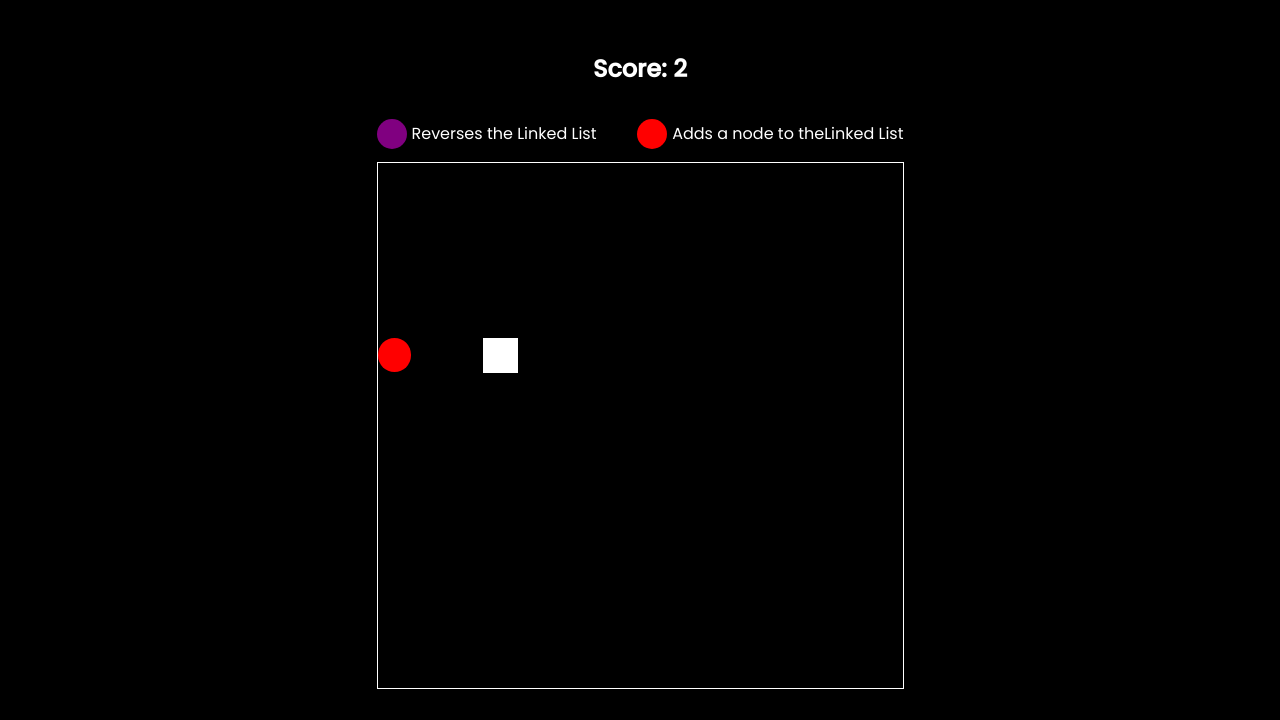
Repository: rehans-Life/linkedlist-snake-game
Page: /
An editor plug-in stored every save of this project. The page is shown before and after the next save, followed by the edit.
The browser window is 1280 px wide. The pictures show the whole page.
The project was rebuilt for these pictures with package versions that can differ from the ones it lists, and the page was loaded fresh each time. The framework's server and built-in components were replaced by stand-ins that run in the browser. Also part of the build but not shown: next.config.js.

Above is the page before, as saved 2023-04-16 02:44:27.

### pages/index.js
import Head from "next/head";
import styles from "../styles/Home.module.css";
import Board from "../components/Board";

export default function Home() {
  return (
    <div className={styles.container}>
      <Head>
        <title>Linked List Snake Game</title>
        <meta name="description" content="linked list snake game" />
        <link rel="icon" href="/favicon.ico" />
      </Head>
      <Board />
    </div>
  );
}

### styles/globals.css
@import url("https://fonts.googleapis.com/css2?family=Poppins:wght@100;200;300;400;500&display=swap");

html,
body {
  padding: 0;
  margin: 0;
}

a {
  color: inherit;
  text-decoration: none;
}

* {
  box-sizing: border-box;
  font-family: Poppins;
}

button {
  margin: 0;
  padding: 0;
}

### styles/Home.module.css
.container {
  background-color: rgb(0, 0, 0);
  height: 100vh;
  display: flex;
  align-items: center;
  justify-content: center;
}

.board {
  border: 1px solid white;
}

.score {
  color: white;
  width: 100%;
  text-align: center;
}

.row {
  display: flex;
  align-items: center;
  justify-content: center;
}

.cell {
  width: 35px;
  height: 35px;
}

.snake_cell {
  background-color: green;
}

.food_cell {
  position: relative;
}

.food_cell::before {
  content: "";
  height: 95%;
  position: absolute;
  width: 95%;
  border-radius: 50%;
  background-color: red;
}

.reverse_cell {
  position: relative;
}

.reverse_cell::before {
  content: "";
  height: 95%;
  position: absolute;
  width: 95%;
  border-radius: 50%;
  background-color: purple;
}

.head {
  background-color: white;
}

.circle {
  height: 30px;
  width: 30px;
  border-radius: 50%;
}

.reverse {
  background-color: purple;
}

.food {
  background-color: red;
}

.text {
  color: white;
}

.info {
  display: flex;
  align-items: center;
  justify-content: space-between;
  column-gap: 5px;
}

.infos {
  display: flex;
  align-items: center;
  justify-content: space-between;
}

### components/Board.jsx
/* eslint-disable react-hooks/exhaustive-deps */
import React, { useEffect, useState } from "react";
import styles from "../styles/Home.module.css";
import { createBoard, randomIntInIntervel } from "../utils";

const BOARD_SIZE = 10;

// A Class to represent each node of the linked list
class Node {
  constructor(value, row, col) {
    this.value = value;
    this.row = row;
    this.col = col;
    this.next = null;
  }
}

// A class to represent the singly linked list
class SinglyLinkedList {
  constructor(head) {
    let node = new Node(head.value, head.row, head.col);
    this.head = node;
    this.tail = node;
  }
}

const Direction = {
  UP: "UP",
  RIGHT: "RIGHT",
  DOWN: "DOWN",
  LEFT: "LEFT",
};

const reverseDirection = {
  UP: "DOWN",
  RIGHT: "LEFT",
  DOWN: "UP",
  LEFT: "RIGHT",
};

export default function Board() {
  const [board, setBoard] = useState(createBoard(15));

  // A set to store the values of all snake cells intially our snake will be of size
  // one cell and start from the 44th cells.
  const [snakeCells, setSnakeCells] = useState(new Set([80]));

  // A linked list for our snake initally going to have only one node which
  // is at cell 44.
  const [linkedlist, setLinkedList] = useState(
    new SinglyLinkedList({ value: 80, row: 5, col: 4 })
  );

  const [foodCell, setFoodCell] = useState(85);
  const [direction, setDirection] = useState(Direction.RIGHT);

  const [reverseLinkedList, setReverseLinkedList] = useState(false);
  const [counter, setCounter] = useState(0);

  useEffect(() => {
    window.addEventListener("keydown", (e) => {
      handleKeyDown(e.key);
    });
    let gameStartInternal = setInterval(() => {
      setLinkedList((currLinkedList) => moveLinkedList(currLinkedList));
    }, 250);
    return () => {
      clearInterval(gameStartInternal);
    };
  }, [direction, foodCell, snakeCells]);

  useEffect(() => {
    setSnakeCells((currSnakeCells) => moveSnakeCells(currSnakeCells));
  }, [linkedlist]);

  useEffect(() => {
    setCounter((curr) => curr + 1);
  }, [foodCell]);

  function handleKeyDown(key) {
    const direction = getDirectionFromKey(key);
    if (direction === "") return;
    setDirection(direction);
  }

  const getDirectionFromKey = (key) => {
    if (key === "ArrowUp") return Direction.UP;
    if (key === "ArrowRight") return Direction.RIGHT;
    if (key === "ArrowDown") return Direction.DOWN;
    if (key === "ArrowLeft") return Direction.LEFT;
    return "";
  };

  function moveLinkedList(originalLinkedlist) {
    let linkedList = copyLinkedList(originalLinkedlist);
    let currHead = linkedList.head;
    let newHead = createNewNodeInDirection(board, currHead);

    if (!newHead) {
      setFoodCell(85);
      setDirection(Direction.RIGHT);
      setCounter(0);
      return new SinglyLinkedList({ value: 80, row: 5, col: 4 });
    }

    currHead.next = newHead;
    if (newHead.value === foodCell) {
      if (reverseLinkedList) {
        let reversedLinkedList = createReverseLinkedList(linkedList);
        let newDirection = newReverseDirection(originalLinkedlist.tail);
        setDirection(newDirection);
        while (true) {
          let newFoodCell = randomIntInIntervel(1, board[14][14]);
          if (!snakeCells.has(newFoodCell)) {
            setReverseLinkedList(Math.random() < 0.3);
            setFoodCell(newFoodCell);
            break;
          }
        }
        return { head: reversedLinkedList.head, tail: currHead };
      }

      let growthCell = createNewNodeForGrowth(board, linkedList.tail);
      let temp = linkedList.tail;
      linkedList.tail = growthCell;
      linkedList.tail.next = temp;

      while (true) {
        let newFoodCell = randomIntInIntervel(1, board[14][14]);
        if (!snakeCells.has(newFoodCell)) {
          setReverseLinkedList(Math.random() < 0.3);
          setFoodCell(newFoodCell);
          break;
        }
      }
    }
    return { head: newHead, tail: linkedList.tail.next };
  }

  function newReverseDirection(currHead) {
    let newDirection;
    let nextToHead = currHead.next;

    if (!nextToHead) {
      if (direction === "RIGHT") newDirection = reverseDirection["RIGHT"];
      else if (direction === "LEFT") newDirection = reverseDirection["LEFT"];
      else if (direction === "UP") newDirection = reverseDirection["UP"];
      else newDirection = reverseDirection["DOWN"];
      return newDirection;
    }

    if (direction === "RIGHT") {
      if (nextToHead.col === currHead.col - 1) {
        newDirection = "RIGHT";
      } else {
        newDirection = "LEFT";
      }
    }

    if (direction === "LEFT") {
      if (nextToHead.col === currHead.col + 1) {
        newDirection = "LEFT";
      } else {
        newDirection = "RIGHT";
      }
    }

    if (direction === "UP") {
      if (nextToHead.row === currHead.row + 1) {
        newDirection = "UP";
      } else {
        newDirection = "DOWN";
      }
    }

    if (direction === "DOWN") {
      if (nextToHead.row === currHead.row - 1) {
        newDirection = "DOWN";
      } else {
        newDirection = "UP";
      }
    }
    return newDirection;
  }

  function createReverseLinkedList(linkedList) {
    let tail = linkedList.tail;
    let curr = null;
    let prev = tail;

    while (prev) {
      let temp = prev.next;
      prev.next = curr;
      curr = prev;
      prev = temp;
    }

    return { head: tail, tail: curr };
  }

  function createNewNodeForGrowth(board, currTail) {
    let newTail;
    if (direction === "LEFT")
      newTail = new Node(
        board[currTail.row][currTail.col + 1],
        currTail.row,
        currTail.col + 1
      );
    else if (direction === "RIGHT")
      newTail = new Node(
        board[currTail.row][currTail.col - 1],
        currTail.row,
        currTail.col - 1
      );
    else if (direction === "DOWN") {
      if (currTail.row - 1 < 0) {
        newTail = new Node(
          board[currTail.row + 1][currTail.col],
          currTail.row + 1,
          currTail.col
        );
      } else {
        newTail = new Node(
          board[currTail.row - 1][currTail.col],
          currTail.row - 1,
          currTail.col
        );
      }
    } else if (direction === "UP") {
      if (currTail.row + 1 >= 15) {
        newTail = new Node(
          board[currTail.row - 1][currTail.col],
          currTail.row - 1,
          currTail.col
        );
      } else {
        newTail = new Node(
          board[currTail.row + 1][currTail.col],
          currTail.row + 1,
          currTail.col
        );
      }
    }

    return newTail;
  }

  function createNewNodeInDirection(board, currHead) {
    let newHead = false;
    if (
      direction === "LEFT" &&
      currHead.col - 1 >= 0 &&
      !snakeCells.has(board[currHead.row][currHead.col - 1])
    )
      newHead = new Node(
        board[currHead.row][currHead.col - 1],
        currHead.row,
        currHead.col - 1
      );
    else if (
      direction === "RIGHT" &&
      currHead.col + 1 < 15 &&
      !snakeCells.has(board[currHead.row][currHead.col + 1])
    )
      newHead = new Node(
        board[currHead.row][currHead.col + 1],
        currHead.row,
        currHead.col + 1
      );
    else if (
      direction === "DOWN" &&
      currHead.row + 1 < 15 &&
      !snakeCells.has(board[currHead.row + 1][currHead.col])
    )
      newHead = new Node(
        board[currHead.row + 1][currHead.col],
        currHead.row + 1,
        currHead.col
      );
    else if (
      direction === "UP" &&
      currHead.row - 1 >= 0 &&
      !snakeCells.has(board[currHead.row - 1][currHead.col])
    )
      newHead = new Node(
        board[currHead.row - 1][currHead.col],
        currHead.row - 1,
        currHead.col
      );
    return newHead;
  }

  function copyLinkedList(linkedList) {
    let node = linkedList.tail;
    let newNode = new Node(node.value, node.row, node.col);
    let newTail = newNode;
    while (node.next) {
      let next = node.next;
      let newNext = new Node(next.value, next.row, next.col);
      node = next;
      newNode.next = newNext;
      newNode = newNext;
    }
    return {
      head: newNode,
      tail: newTail,
    };
  }

  function moveSnakeCells() {
    let movedSnake = [];
    let node = linkedlist.tail;

    while (node) {
      movedSnake.push(node.value);
      node = node.next;
    }
    movedSnake.reverse();
    return new Set(movedSnake);
  }

  const infos = [
    {
      color: "purple",
      text: "Reverses the Linked List",
    },
    {
      color: "red",
      text: "Adds a node to theLinked List",
    },
  ];

  const Info = ({ text, color }) => {
    return (
      <div className={styles.info}>
        <div
          className={`${styles.circle} ${
            color === "purple" ? styles.reverse : styles.food
          }`}
        ></div>
        <p className={styles.text}>{text}</p>
      </div>
    );
  };

  return (
    <div>
      <h2 className={styles.score}>Score: {counter}</h2>
      <div className={styles.infos}>
        {infos.map(({ color, text }, index) => (
          <Info text={text} color={color} key={index} />
        ))}
      </div>
      <div className={styles.board}>
        {board.map((row, i) => (
          <div key={i} className={styles.row}>
            {row.map((value, j) => (
              <div
                key={j}
                className={`${styles.cell} ${
                  linkedlist.head.value === value
                    ? styles.head
                    : snakeCells.has(value)
                    ? styles.snake_cell
                    : reverseLinkedList && value === foodCell
                    ? styles.reverse_cell
                    : value === foodCell
                    ? styles.food_cell
                    : ""
                }`}
              ></div>
            ))}
          </div>
        ))}
      </div>
    </div>
  );
}

### utils.js
export const randomIntInIntervel = (max, min) => {
  return Math.floor(Math.random() * (max - min + 1)) + min;
};

export const createBoard = (board_size) => {
  // All the cells which have a certain value assigned to them
  let board = [];
  let counter = 1;
  for (let i = 0; i < board_size; i++) {
    let row = [];
    for (let j = 0; j < board_size; j++) row.push(counter++);
    board.push(row);
  }
  return board;
};

Loaded but not shown: pages/_app.js (common file)

After the next save:
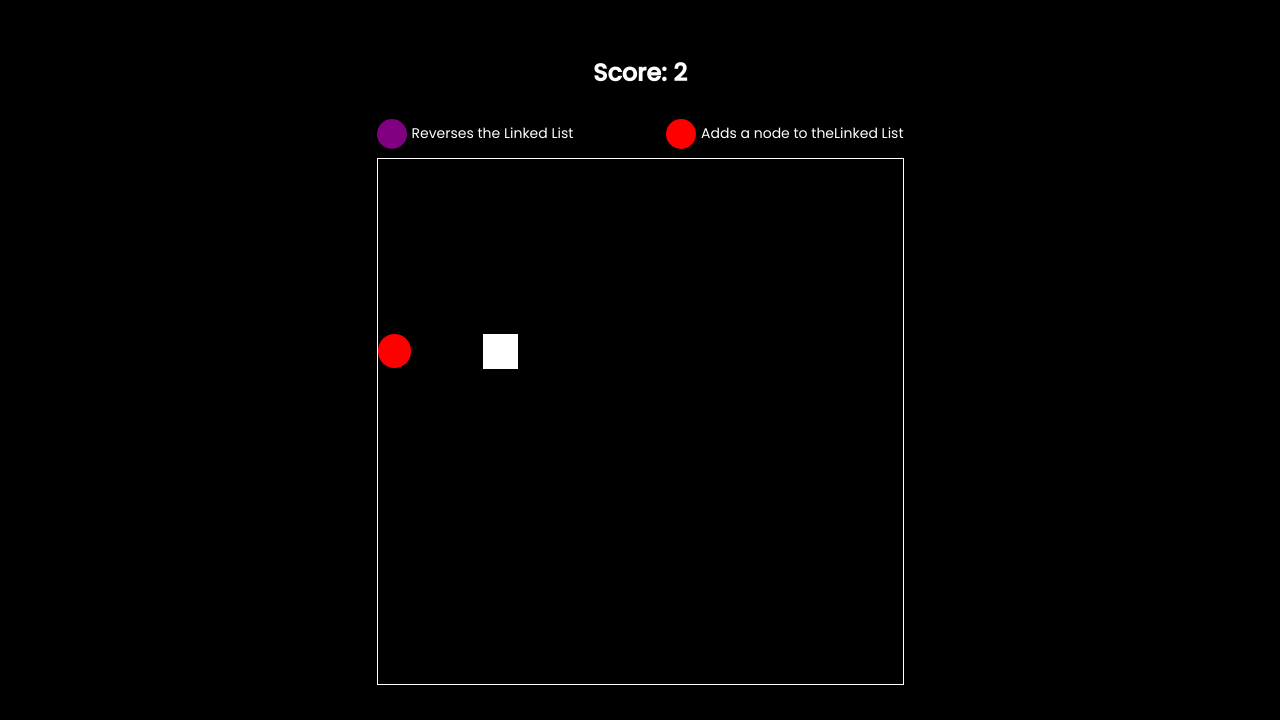
Saved 7 s later.
--- a/styles/Home.module.css
+++ b/styles/Home.module.css
@@ -77,6 +77,7 @@
 
 .text {
   color: white;
+  font-size: 14px;
 }
 
 .info {
